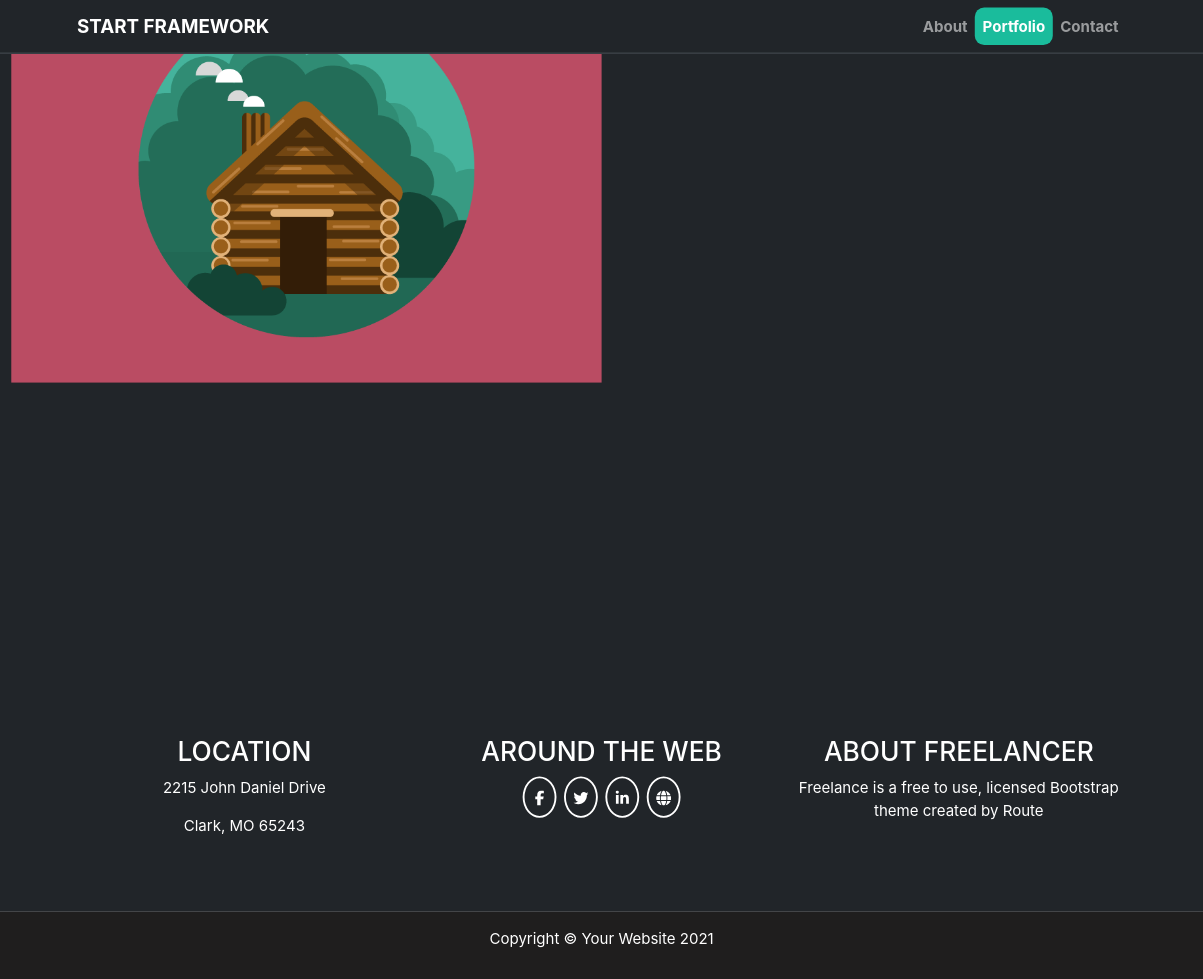
Repository: YomnaWegdan/startFramework
Page: /portfolio
These files come from the project's save history. The page is drawn as it stood at one moment and after a run of saves; the edit follows.
The browser window is 1280 px wide. The pictures show the whole page, at 94% of full size.
The project was rebuilt for these pictures with package versions that can differ from the ones it lists, and the page was loaded fresh each time. Also part of the build but not shown: src/Components/Home.jsx, src/Components/About.jsx, src/Components/Contact.jsx, src/Components/Error.jsx.

Above is the page before, as saved 2024-02-05 13:41:41.

### src/index.js
import React from 'react';
import ReactDOM from 'react-dom/client';
import 'bootstrap/dist/css/bootstrap.min.css'
import 'bootstrap/dist/js/bootstrap.bundle.min.js'

import './index.css';
import App from './App';
import reportWebVitals from './reportWebVitals';

const root = ReactDOM.createRoot(document.getElementById('root'));
root.render(
  <React.StrictMode>
    <App />
  </React.StrictMode>
);

// If you want to start measuring performance in your app, pass a function
// to log results (for example: reportWebVitals(console.log))
// or send to an analytics endpoint. Learn more: https://bit.ly/CRA-vitals
reportWebVitals();

### src/index.css
body {
  margin: 0;
  font-family: -apple-system, BlinkMacSystemFont, 'Segoe UI', 'Roboto', 'Oxygen',
    'Ubuntu', 'Cantarell', 'Fira Sans', 'Droid Sans', 'Helvetica Neue',
    sans-serif;
  -webkit-font-smoothing: antialiased;
  -moz-osx-font-smoothing: grayscale;
}

code {
  font-family: source-code-pro, Menlo, Monaco, Consolas, 'Courier New',
    monospace;
}
.w-20{
  width: 20%;
}
.home , .about{
  background-color: #1ABC9C;
}
.line{
  background-color: white;
  width: 70px;
  height: 4px;
}
h2{
  font-size: 40px;
}
h3{
  font-weight: 500;
  font-size: 28px;
}
.footer-header {
  background-color: #212529;
}
div.footer{
  background-color: #1f1e1e;
}
.active{
  background-color: #1ABC9C;
  border-radius: 10px;
  color: white;
}

### src/App.js
import { RouterProvider, createBrowserRouter } from 'react-router-dom';
import './App.css';
import Layout from './Components/Layout';
import Home from './Components/Home';
import About from './Components/About';
import Contact from './Components/Contact';
import Error from './Components/Error';
import Portfolio from './Components/Portfolio';

function App() {

  let routes = createBrowserRouter([{
    path:'', element:<Layout/> , children:[
      {index:true , element:<Home/>},
      {path:'/about' , element:<About/>},
      {path:'/portfolio' , element:<Portfolio/>},
      {path:'/contact' , element:<Contact/>},
      {path:'*' , element:<Error/>},




    ]
  }])
  return (
    <div className="App">
    <RouterProvider router={routes}></RouterProvider>
    </div>
  );
}

export default App;

### src/Components/Layout.jsx
import React from 'react'
import Navbar from './Navbar'
import { Outlet } from 'react-router-dom'
import Footer from './Footer'

export default function Layout() {
  return (
    <div>
      <Navbar/>
      <Outlet></Outlet>
      <Footer/>
    </div>
  )
}

### src/Components/Portfolio.jsx
import React, { Fragment, useState } from 'react'
import { FaStar } from "react-icons/fa6";
import img1 from '../images/poert1.png'
import img2 from '../images/port2.png'
import img3 from '../images/port3.png'


export default function Portfolio() {
    const [image , setImage] = useState([img1 , img2 , img3])
    let [model , setModel] = useState(true)
    setModel=()=>{
        model = !model
        console.log(model)
    }
  return (
    <Fragment>
    <section className='portfolio vh-100 '>
        <div className='container h-100'>
            <div className='row h-100 align-items-center justify-content-center align-content-center'>
                <div className='col-md-12'>
                    <h2>PORTFOLIO COMPONENT</h2>
                    <div className='d-flex justify-content-center align-items-center my-3'>
                        <div className='line text-bg-dark'></div>
                        <FaStar className=' mx-2 '/>
                        <div className='line text-bg-dark'></div>
                    </div>
                </div>

                {model===false? image.map((img , index)=>
                    <div className='col-lg-4 col-md-6' key={index}>
                        <img src={img} className='w-100' alt='lol' onClick={setModel} />
                    </div>
                    ): <div className='position-fixed top-0 left-0 w-100 h-100 overflow-hidden bg-dark'>
                            <div className='w-50 h-50 d-flex align-items-center justify-content-center'><img src={img1} className='w-100' alt='lol'/></div>
                    </div>}
                </div>
        </div>
    </section>
    </Fragment>
  )
}

### src/Components/Navbar.jsx
import React from "react";
import { NavLink } from "react-router-dom";

export default function Navbar() {
  return (
    <>
      <nav
        className="navbar navbar-expand-lg bg-dark border-bottom border-body fixed-top fw-bold text-transform-Uppercase "
        data-bs-theme="dark"
      >
        <div className="container">
          <NavLink className="navbar-brand" to="/">
            START FRAMEWORK
          </NavLink>
          <button
            className="navbar-toggler"
            type="button"
            data-bs-toggle="collapse"
            data-bs-target="#navbarSupportedContent"
            aria-controls="navbarSupportedContent"
            aria-expanded="false"
            aria-label="Toggle navigation"
          >
            <span className="navbar-toggler-icon"></span>
          </button>
          <div className="collapse navbar-collapse" id="navbarSupportedContent">
            <ul className="navbar-nav ms-auto mb-2 mb-lg-0">
              <li className="nav-item">
                <NavLink className="nav-link" to="/about">
                  About
                </NavLink>
              </li>
              <li className="nav-item">
                <NavLink className="nav-link" to="/portfolio">
                  Portfolio
                </NavLink>
              </li>
              <li className="nav-item">
                <NavLink className="nav-link" to="/Contact">
                  Contact
                </NavLink>
              </li>
            </ul>
          </div>
        </div>
      </nav>
    </>
  );
}

### src/Components/Footer.jsx
import React from "react";
import { FaFacebookF, FaGlobe, FaLinkedinIn, FaTwitter } from "react-icons/fa6";

export default function Footer() {
  return (
    <>
      <footer className=" text-white">
      <div className="footer-header py-5">
        <div className="container py-3">
          <div className="row">
            <div className="col-lg-4 col-md-6">
              <h3>LOCATION</h3>
              <p>2215 John Daniel Drive</p>
              <p>Clark, MO 65243</p>
            </div>
            <div className="col-lg-4 col-md-6">
            <h3>AROUND THE WEB</h3>
            <ul className="d-flex justify-content-center align-items-center list-unstyled">
            <li className="p-2 rounded-circle border border-white border-2"> <FaFacebookF /> </li>
            <li className="p-2 rounded-circle border border-white border-2 mx-2"> <FaTwitter/> </li>
            <li className="p-2 rounded-circle border border-white border-2 me-2"> <FaLinkedinIn /> </li>
            <li className="p-2 rounded-circle border border-white border-2"> <FaGlobe /> </li>
            </ul>
            </div>
            <div className="col-lg-4 col-md-6">
              <h3>ABOUT FREELANCER</h3>
              <p>Freelance is a free to use, licensed Bootstrap theme created by Route</p>
            </div>
          </div>
        </div>
        </div>
        <div className="footer py-3">
        <p>Copyright © Your Website 2021</p>
        </div>
      </footer>

    </>
  );
}

Loaded but not shown: public/index.html (common file); src/reportWebVitals.js (common file); src/App.css (common file)

After the next 2 saves:
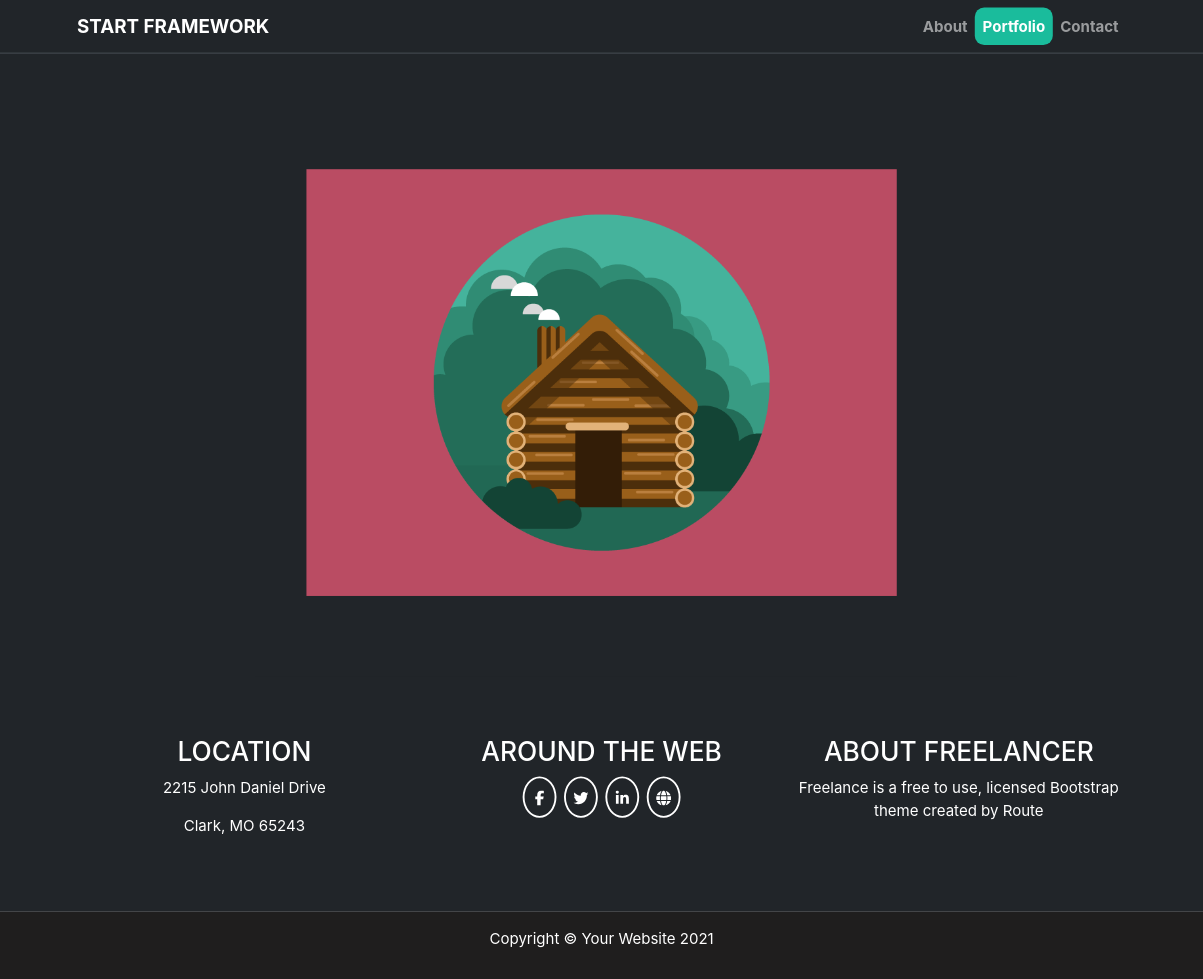
The 2 saves are shown as one change because they came seconds apart.
The last was saved 18 s later.
--- a/src/Components/Portfolio.jsx
+++ b/src/Components/Portfolio.jsx
@@ -30,8 +30,8 @@ export default function Portfolio() {
                     <div className='col-lg-4 col-md-6' key={index}>
                         <img src={img} className='w-100' alt='lol' onClick={setModel} />
                     </div>
-                    ): <div className='position-fixed top-0 left-0 w-100 h-100 overflow-hidden bg-dark'>
-                            <div className='w-50 h-50 d-flex align-items-center justify-content-center'><img src={img1} className='w-100' alt='lol'/></div>
+                    ): <div className='position-fixed top-0 left-0 w-100 h-100 overflow-hidden bg-dark d-flex align-items-center justify-content-center'>
+                            <div className='w-50 h-50 '><img src={img1} className='w-100' alt='lol'/></div>
                     </div>}
                 </div>
         </div>
